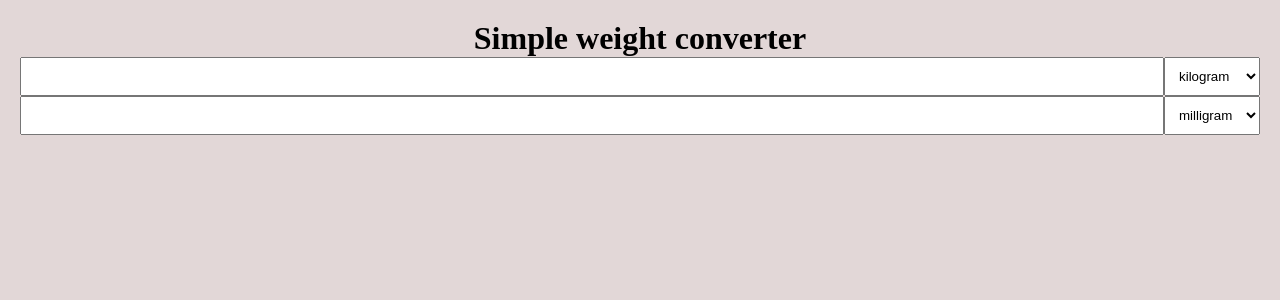
Repository: Eugene44-hub/weight-converter
Page: index.html
An editor plug-in stored every save of this project. The page is shown before and after the next save, followed by the edit.
The browser window is 1280 px wide. The pictures show the whole page.

Above is the page before, as saved 2021-09-20 04:49:01.

### index.html
<!DOCTYPE html>
<html lang="en">

<head>
    <meta charset="UTF-8">
    <meta http-equiv="X-UA-Compatible" content="IE=edge">
    <meta name="viewport" content="width=device-width, initial-scale=1.0">
    <link rel="stylesheet" href="style.css">
    <title>Document</title>
</head>

<body>
    <div class="converter">
        <h1>Simple weight converter</h1>
        <input type="number" id="typed">
        <select name="" id="in-weight">
      <option value="kg">kilogram</option>
      <option value="ou">ounce</option>
      <option value="mg">milligram</option>
    </select>
        <input type="number" id="output">
        <select name="" id="out-weight">
      <option value="mg">milligram</option>
      <option value="ou">ounce</option>
      <option value="kg">kilogram</option>
    </select>
    </div>
    <script src="app.js"></script>
</body>

</html>

### style.css
* {
    padding: 0;
    margin: 0;
}

body {
    background-color: rgb(226, 215, 215);
}

input {
    padding: 10px;
    flex: 1;
    flex: 50%;
}

h1 {
    text-align: center;
    flex: 100%;
}

select {
    padding: 10px;
}

.converter {
    display: flex;
    flex-wrap: wrap;
    justify-content: center;
    padding: 20px;
    margin: ;
}

### app.js
let typed = document.querySelector('#typed');
let output = document.querySelector('#output');
let select = document.querySelector('#in-weight');
let select2 = document.querySelector('#out-weight');

function selectTwo(val) {
    select2.addEventListener('change', e => {
        if (select2.value === 'mg' && select.value === 'kg') {
            output.value = val * Math.pow(10, 6)
        } else if (select2.value === "ou" && select.value === 'mg') {
            output.value = val * 0.000035274
        } else if (select2.value === "ou" && select.value === 'kg') {
            output.value = val * 35.274
        } else if (select2.value === "kg" && select.value === 'ou') {
            output.value = val / 35.274
        } else if (select2.value === "mg" && select.value === 'ou') {
            output.value = val / 0.000035274
        } else if (select2.value === "kg" && select.value === 'mg') {
            output.value = val / Math.pow(10, 6)
        } else {
            output.value = typed.value
        }

    })
}

function selectOne(val) {
    select.addEventListener('change', e => {

        if (select2.value === 'mg' && select.value === 'kg') {
            typed.value = val / Math.pow(10, 6)
        } else if (select2.value === "mg" && select.value === 'ou') {
            typed.value = val * 0.000035274
        } else if (select2.value === "ou" && select.value === 'kg') {
            typed.value = val / 35.274
        } else if (select2.value === "kg" && select.value === 'ou') {
            typed.value = val * 35.274
        } else if (select2.value === "ou" && select.value === 'mg') {
            typed.value = val / 0.000035274
        } else if (select2.value === "kg" && select.value === 'mg') {
            typed.value = val * Math.pow(10, 6)
        } else { typed.value = output.value }
    })
}


typed.addEventListener('input',
    e => {

        if (select2.value === 'mg' && select.value === 'kg') {
            output.value = Number(e.target.value) * Math.pow(10, 6)
        } else if (select2.value === "ou" && select.value === 'mg') {
            output.value = Number(e.target.value) * 0.000035274
        } else if (select2.value === "ou" && select.value === 'kg') {
            output.value = Number(e.target.value) * 35.274
        } else if (select2.value === "kg" && select.value === 'ou') {
            output.value = Number(e.target.value) / 35.274
        } else if (select2.value === "mg" && select.value === 'ou') {
            output.value = Number(e.target.value) / 0.000035274
        } else if (select2.value === "kg" && select.value === 'mg') {
            output.value = Number(e.target.value) / Math.pow(10, 6)
        } else {
            output.value = typed.value
        }
        selectTwo(Number(e.target.value))
    })

output.addEventListener('input',
    e => {
        if (select2.value === 'mg' && select.value === 'kg') {
            typed.value = Number(e.target.value) / Math.pow(10, 6)
        } else if (select2.value === "mg" && select.value === 'ou') {
            typed.value = Number(e.target.value) * 0.000035274
        } else if (select2.value === "ou" && select.value === 'kg') {
            typed.value = Number(e.target.value) / 35.274
        } else if (select2.value === "kg" && select.value === 'ou') {
            typed.value = Number(e.target.value) * 35.274
        } else if (select2.value === "ou" && select.value === 'mg') {
            typed.value = Number(e.target.value) / 0.000035274
        } else if (select2.value === "kg" && select.value === 'mg') {
            typed.value = Number(e.target.value) * Math.pow(10, 6)
        } else { typed.value = output.value }
        selectOne(Number(e.target.value))
    })

After the next save:
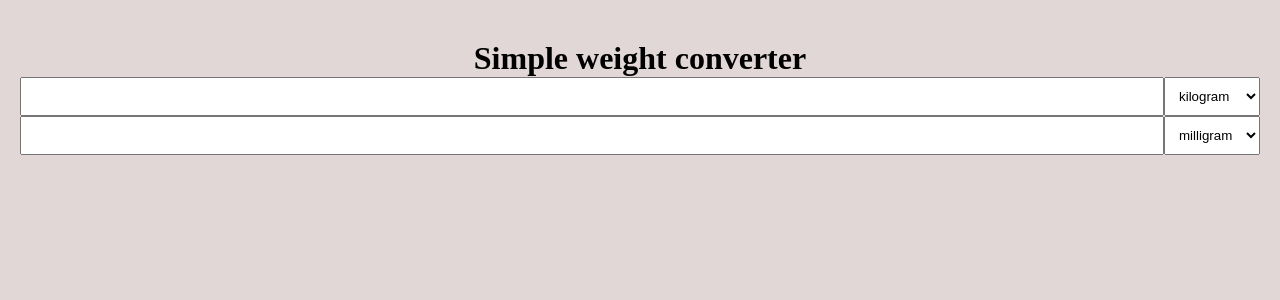
Saved 8 s later.
--- a/style.css
+++ b/style.css
@@ -27,5 +27,5 @@ select {
     flex-wrap: wrap;
     justify-content: center;
     padding: 20px;
-    margin: ;
+    margin: 20px auto;
 }
